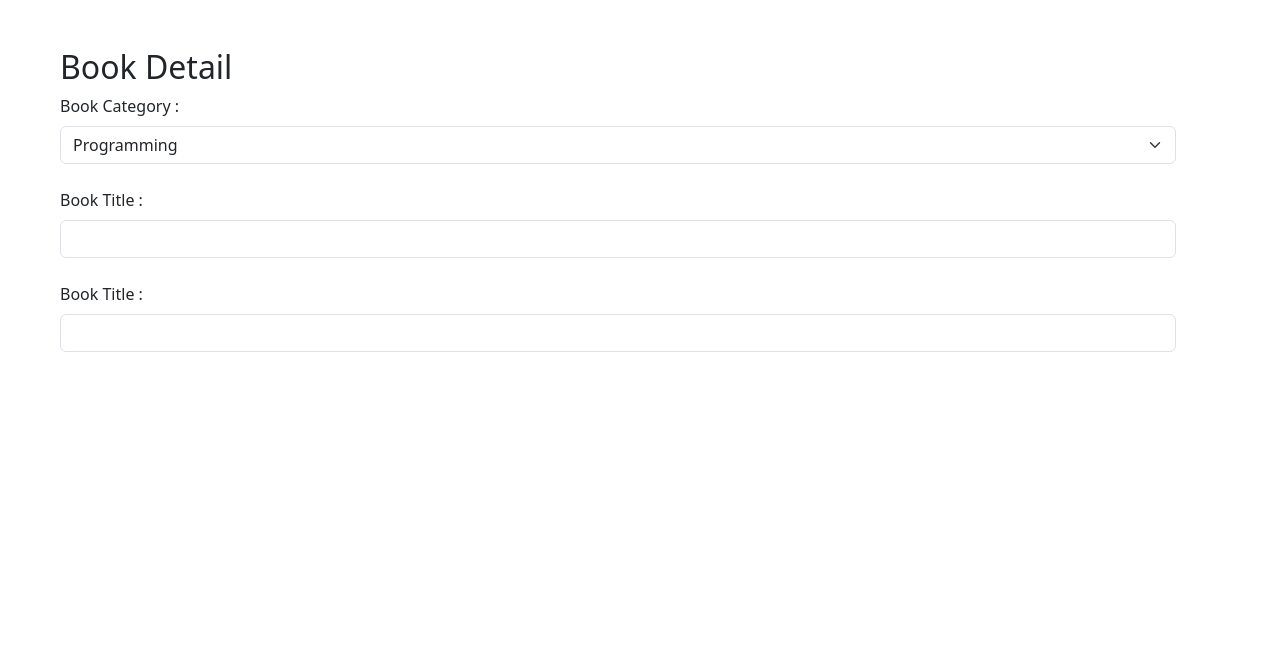
Repository: nyeinsu4520/coursera-test
Page: J2P_J2EE/src/main/webapp/bookOrderForm.html
These files come from the project's save history. The page is drawn as it stood at one moment and after the next save; the edit follows.
The browser window is 1280 px wide. The pictures show the whole page.

Above is the page before, as saved 2024-05-27 13:43:27.

After the next save:
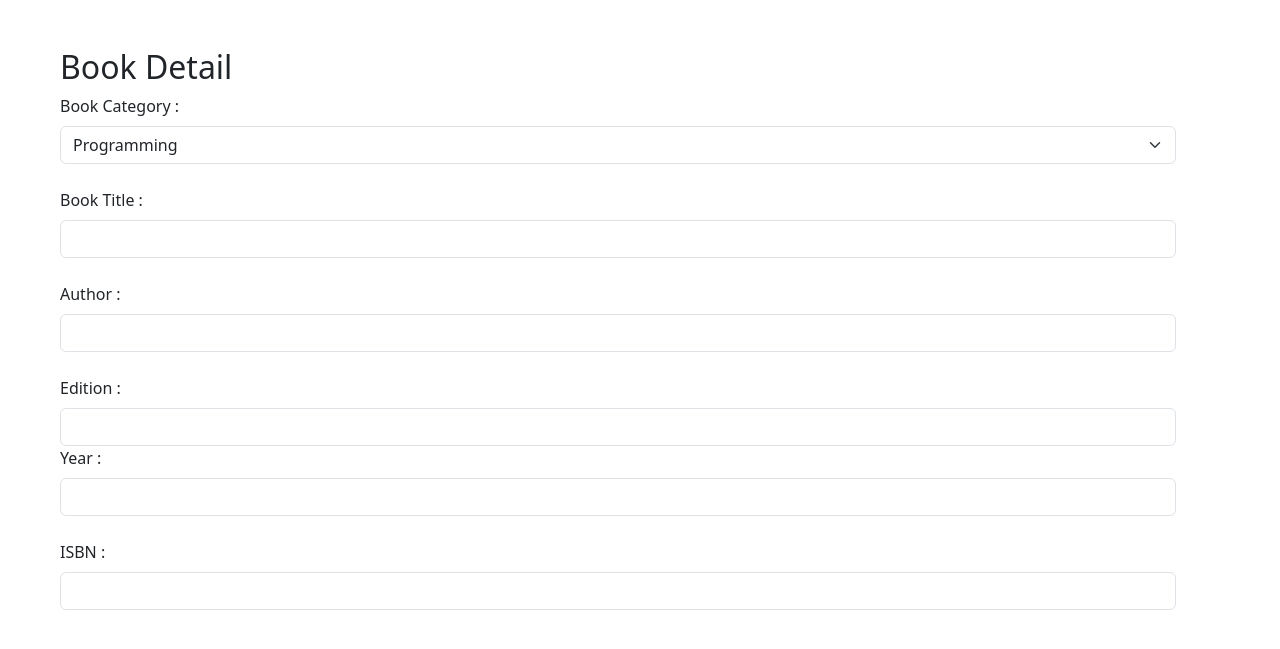
Saved 110 s later.
--- a/J2P_J2EE/src/main/webapp/bookOrderForm.html
+++ b/J2P_J2EE/src/main/webapp/bookOrderForm.html
@@ -23,9 +23,22 @@
        	<input class="form-control" type="text" name="title">
     </div>
     <div class="mb-4">
-       	<label for="booktitle" class="form-label">Book Title : </label>
-       	<input class="form-control" type="text" name="title">
+       	<label for="author" class="form-label">Author : </label>
+       	<input class="form-control" type="text" name="author">
     </div>
+    <div class="mb-4">
+       	<label for="edition" class="form-label">Edition : </label>
+       	<input class="form-control" type="text" name="edition"
+    </div>
+    <div class="mb-4">
+       	<label for="year" class="form-label">Year : </label>
+       	<input class="form-control" type="text" name="year">
+    </div>
+    <div class="mb-4">
+       	<label for="isbn" class="form-label">ISBN : </label>
+       	<input class="form-control" type="text" name="isbn">
+    </div>
+
 	</form>
 
 
